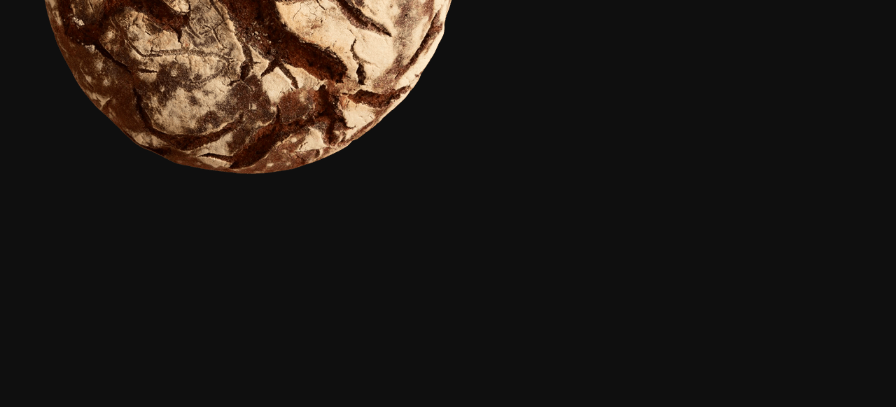
Repository: KinD2704/Web-University
Page: Buổi 8/B8/index.html
An editor plug-in stored every save of this project. The page is shown before and after the next save, followed by the edit.
The browser window is 1280 px wide. The pictures show the part of the page from y = 1535 to 3455 px (the page is 2116 px tall before and 3464 px after), at 70% of full size.
Some web libraries are served in a nearby version.

Above is the page before, as saved 2024-01-30 10:11:11.

After the next save:
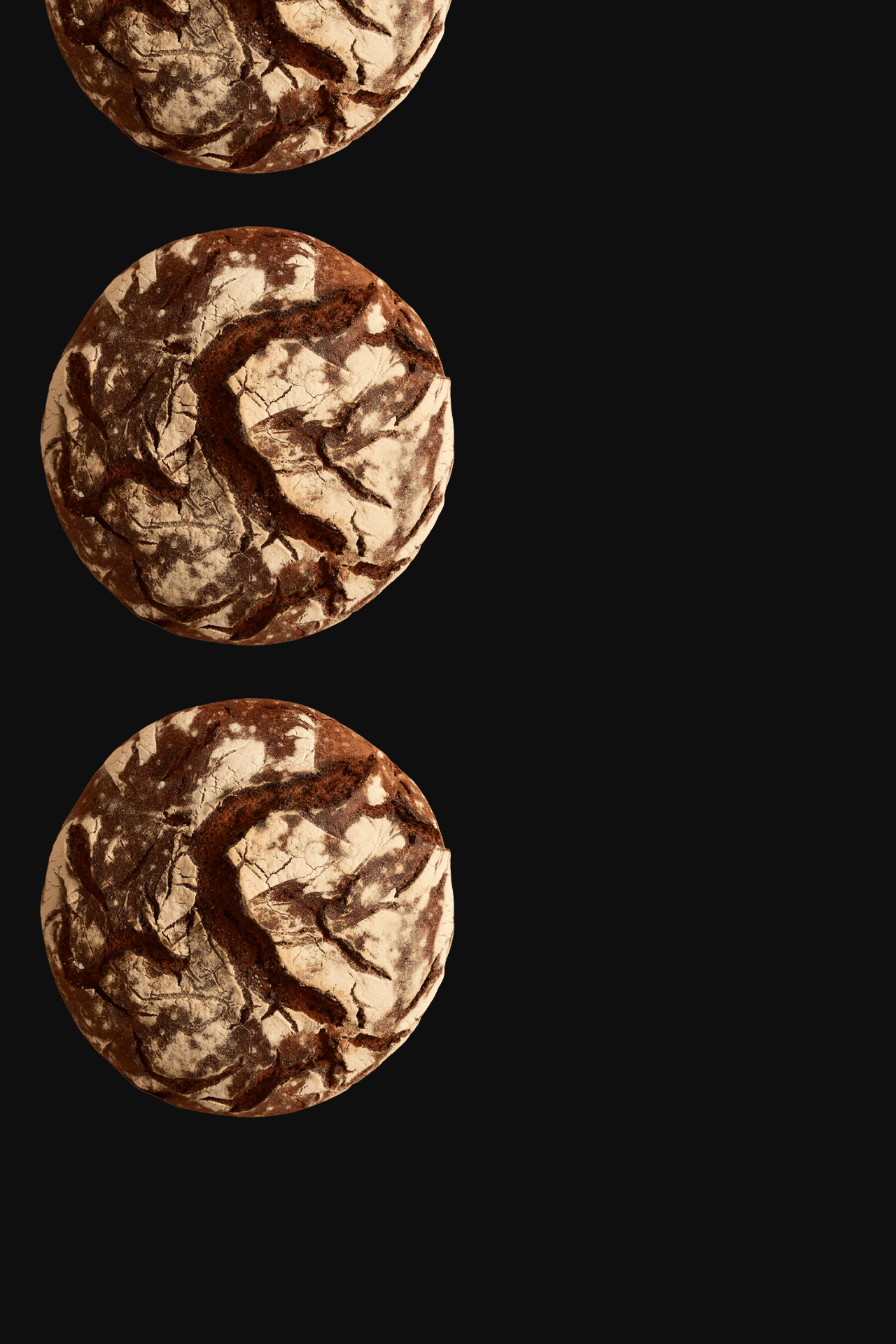
Saved 22 s later.
--- a/Buổi 8/B8/index.html
+++ b/Buổi 8/B8/index.html
@@ -151,6 +151,32 @@
                                 class="new__img"
                             />
                         </article>
+
+                        <article class="new__card">
+                            <div class="new__data">
+                                <h2 class="new__title"></h2>
+                                <p class="new__description"></p>
+                            </div>
+
+                            <img
+                                src="assets/img/new-bread-1.png"
+                                alt="img"
+                                class="new__img"
+                            />
+                        </article>
+
+                        <article class="new__card">
+                            <div class="new__data">
+                                <h2 class="new__title"></h2>
+                                <p class="new__description"></p>
+                            </div>
+
+                            <img
+                                src="assets/img/new-bread-1.png"
+                                alt="img"
+                                class="new__img"
+                            />
+                        </article>
                     </div>
                 </div>
             </section>
